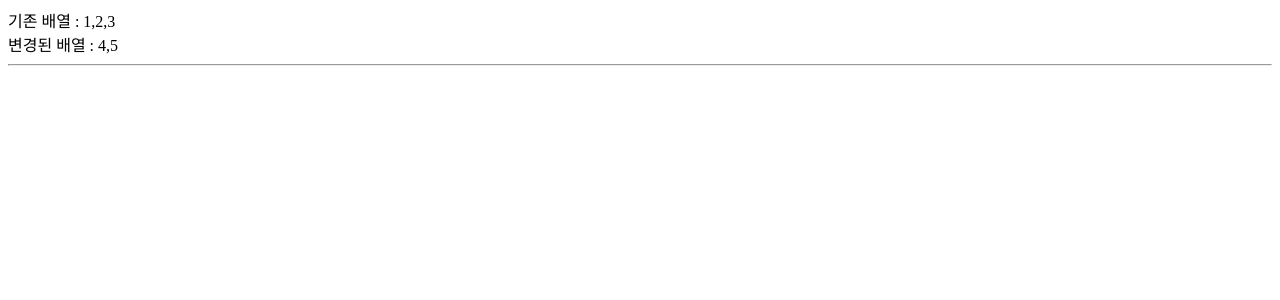
Repository: shinsil0601/webstudy
Page: 03_JavaScript/src/main/webapp/day02/ex02_Array.html
These files come from the project's save history. The page is drawn as it stood at one moment and after the next save; the edit follows.
The browser window is 1280 px wide. The pictures show the whole page.

Above is the page before, as saved 2023-06-28 01:45:04.

After the next save:
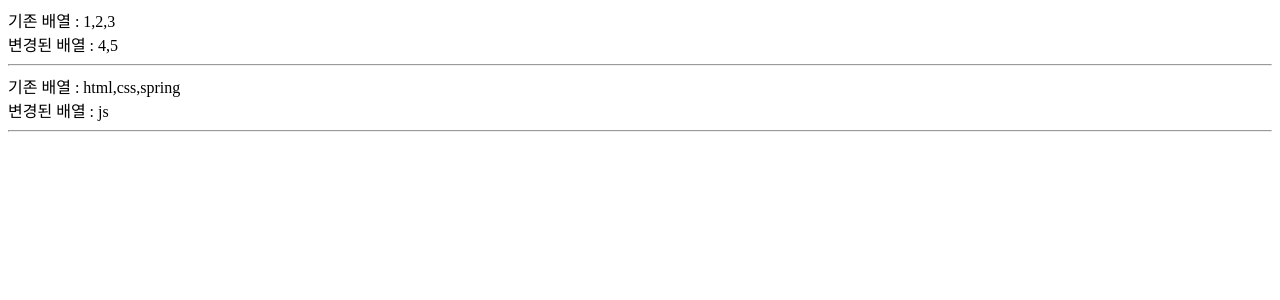
Saved 4 min 9 s later.
--- a/03_JavaScript/src/main/webapp/day02/ex02_Array.html
+++ b/03_JavaScript/src/main/webapp/day02/ex02_Array.html
@@ -6,9 +6,18 @@
 <script type="text/javascript">
 	var arr = [1,2,3,4,5];
 	// splice(index) : index 기준으로 나뉜다.
+	// arr의 index 1부터 끝까지 삭제, 삭제된 요소들이 res에 저장
 	var res = arr.splice(3);
 	document.write("기존 배열 : "+ arr +"<br>");
 	document.write("변경된 배열 : "+ res +"<br>");
+	document.write("<hr>");
+
+	var arr2 = ["html","css","js","spring"];
+	// splice(index,갯수);
+	// arr2의 index 2부터 1개 삭제, 삭제된 요소들이 res2에 저장
+	var res2 = arr2.splice(2,1);
+	document.write("기존 배열 : "+ arr2 +"<br>");
+	document.write("변경된 배열 : "+ res2 +"<br>");
 	document.write("<hr>");
 </script>
 </head>
